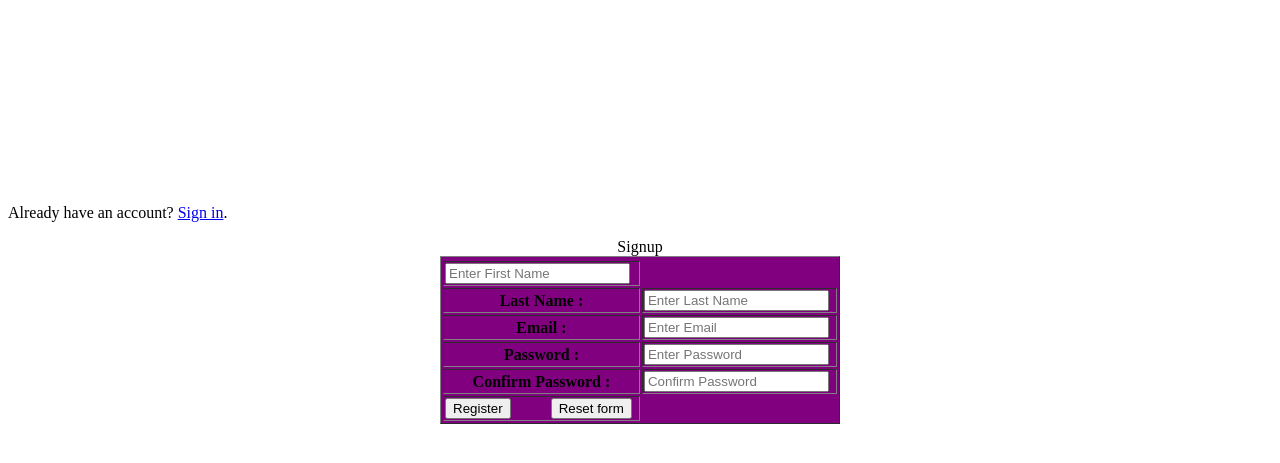
Repository: 1919satya/Mode2
Page: sample/sample/WebContent/sample.html
An editor plug-in stored every save of this project. The page is shown before and after the next save, followed by the edit.
The browser window is 1280 px wide. The pictures show the whole page.

Above is the page before, as saved 2019-10-10 13:01:54.

After the next save:
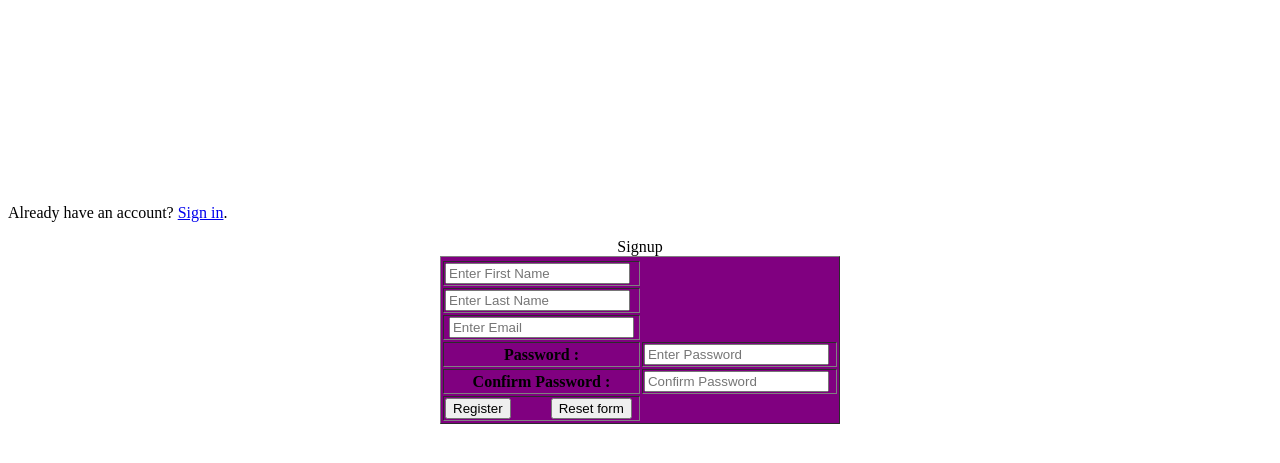
Saved 66 s later.
--- a/sample/sample/WebContent/sample.html
+++ b/sample/sample/WebContent/sample.html
@@ -17,13 +17,13 @@
    </tr>
 
    <tr>
-    <th>Last Name :</th>
+
     <td><input type="text" placeholder="Enter Last Name" name="lastName" required></td> <br/><br/>
     </tr>
 
     <tr>
-    <th>Email :</th>
-   <td><input type="text" placeholder="Enter Email" name="email" required></td> <br/><br/>
+
+   <th><input type="text" placeholder="Enter Email" name="email" required></th> <br/><br/>
    </tr>
 
 <tr>
